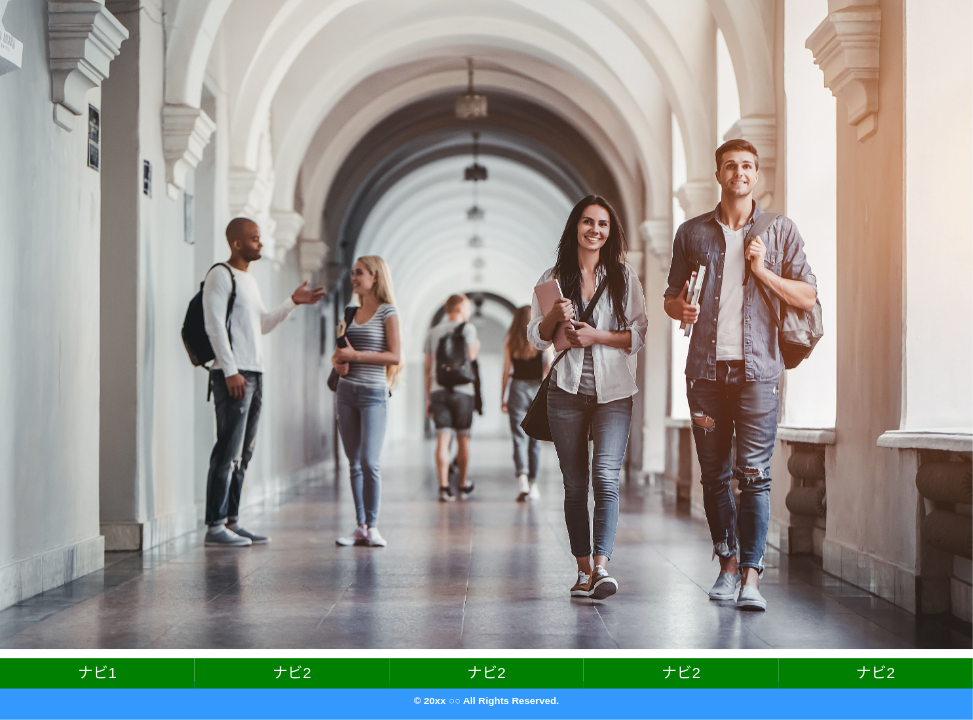
Repository: Souhei-en/samurai_HTML-CSS
Page: home.html
The author's editor kept a record of every edit. The page is drawn from the files as they stood at one moment, then again after the next edit.
The browser window is 1280 px wide. The pictures show the whole page, at 76% of full size.
Pictures or frames that could not be fetched are drawn as grey boxes.

Above is the page before.

### home.html
<!DOCTYPE html>
<html lang="ja">
    <head>
        <meta charset="UTF-8">
        <title>HTML/CSSの学習</title>
        <link rel="stylesheet" href="stylesheet.css">
    </head>
    <body>
        <div id="header">
            <h1><a href="index.html"><img id="corridor" src="images/corridor.jpg" alt="大学の廊下" /></a></h1>
        </div>
        <div id="wrapper">
            <div id="nav">
                <ul>
                    <li><a href="home.html">ナビ1</a></li>
                    <li><a href="#">ナビ2</a></li>
                    <li><a href="#">ナビ2</a></li>
                    <li><a href="#">ナビ2</a></li>
                    <li><a href="#">ナビ2</a></li>
                    <li></li>
                </ul>
            </div>
        </div>
        <div id="footer">
            <p>&copy; 20xx ○○ All Rights Reserved.</p>
        </div>
    </body>
</html>

### stylesheet.css
@charset "utf-8";

body {
	margin: 0;
	padding: 0;
	font-family: "ヒラギノ角ゴ Pro W3", "Hiragino Kaku Gothic Pro", "メイリオ", Meiryo, Osaka, "ＭＳ Ｐゴシック", "MS PGothic", sans-serif;
	color: #333;
	font-size: 13px;
	line-height: 150%;
}

/* -------------------- wrapper -------------------- */
#wrapper {
    width: 100%;
    margin: auto;
    padding: 0px;
    border: 0px;
    background-color: #FFF;
    top: 10px;
    position: relative;
}

/* -------------------- header -------------------- */
#header {
	width: 100%;
}
#header h1 {
	margin: 0;
	padding: 0;
}

#corridor {
	width: 100%;
	height: auto;
}

/* -------------------- footer -------------------- */
#footer {
	clear: both;
	width: 100%;
	padding: 3px 0 3px 0;
	background: #39F;
	color: #FFF;
	font-weight: bold;
	text-align: center;
}
 /* -------------------- nav -------------------- */
 #nav {
	 width: 100%;
 }
 #nav ul {
	 margin: 0;
	 padding: 0;
	 list-style-type: none;
 }
 #nav ul li {
	 float: left;
	 width: 20%;
	 text-align: center;
 }
 #nav ul li a {
	 display: block;
	 height: 20px;
	 margin: 0;
	 padding: 10px;
	 color: #FFF;
	 font-size: 20px;
	 text-decoration: none;
	 background-color: green;
 }

  #nav ul li a:hover {
  	     filter: drop-shadow(10px 10px 10px black);
  }

 /* -------------------- container -------------------- */
 #container {
	 width: 100%;
	 margin: auto ;
	 padding: auto;
	 padding-top: 20px;
	 clear: both;
 }
 /* -------------------- main -------------------- */
 #main {
	 float: left;
	 width: 60%;
	 padding: 10px 30px 10px 10px;
 }
 #main h2 {
	 margin: 0 0 10px 0;
	 padding: 3px 10px 3px 10px;
	 color: #FFF;
	 font-size: 16px;
	 border-left: solid 10px #C00;
	 background: #F90 url(../images/main_h2.jpg) right top repeat-y;
 }
 #main p {
	 margin: 0;
	 padding: 0;
 }
 #main .post {
	 margin: 0 0 30px 0;
 }

 #main .post img.right {
	 margin: 0 0 0 8px;
 }
 #main .post img.left {
	 margin: 0 8px 0 0;
 }

 .right {
	 float: right;
	 width: 40%;
	 height: auto;
 }
 .left {
	 float: left;
	 width: 40%;
	 height: auto;
 }

 /* -------------------- clearfix -------------------- */
 .clearfix {
	 zoom: 1;
 }
 .clearfix:after{
	 content: "";
	 display: block;
	 clear: both;
 }

 /* -------------------- side -------------------- */
 #side {
 	 float: right;
 	 width: 30%;
 	 padding: 20px;
 	 background-color: #F99;
 }
 #side .box {
 	 margin: 0 auto 30px auto;
 	 padding: 0 0 20px 0;
 	 background: url(images/side_box.png) bottom no-repeat;
 }
 #side .box h2 {
 	 margin: 0;
 	 padding: 8px;
 	 text-align: center;
 	 color: #fff;
 	 font-size: 16px;
 	 line-height: 16px;
 	 font-weight: normal;
 	 background: url(images/side_box_h2.png) center no-repeat;
 }
 #side .box .boxBody {
 	 padding: 8px;
 	 border-right: solid 1px #C36;
 	 border-bottom: solid 1px #C36;
 	 border-left: solid 1px #C36;
 	 background: #fff;
 }
 #side .box .boxBody ul {
 	 margin: 0 0 16px 0;
 	 padding: 0;
 }
 #side .box .boxBody ul li {
 	 padding: 8px 0 8px 4px;
 	 list-style: none;
 	 border-bottom: solid 1px #C36;
 }

#side .box .boxBody ul li:hover {
	padding: 8px 0 8px 4px;
	list-style: none;
	border-bottom: solid 1px #C36;
	box-shadow: 0px 4px 4px rgba(0, 0, 0, 0.3);
}

After the next edit:
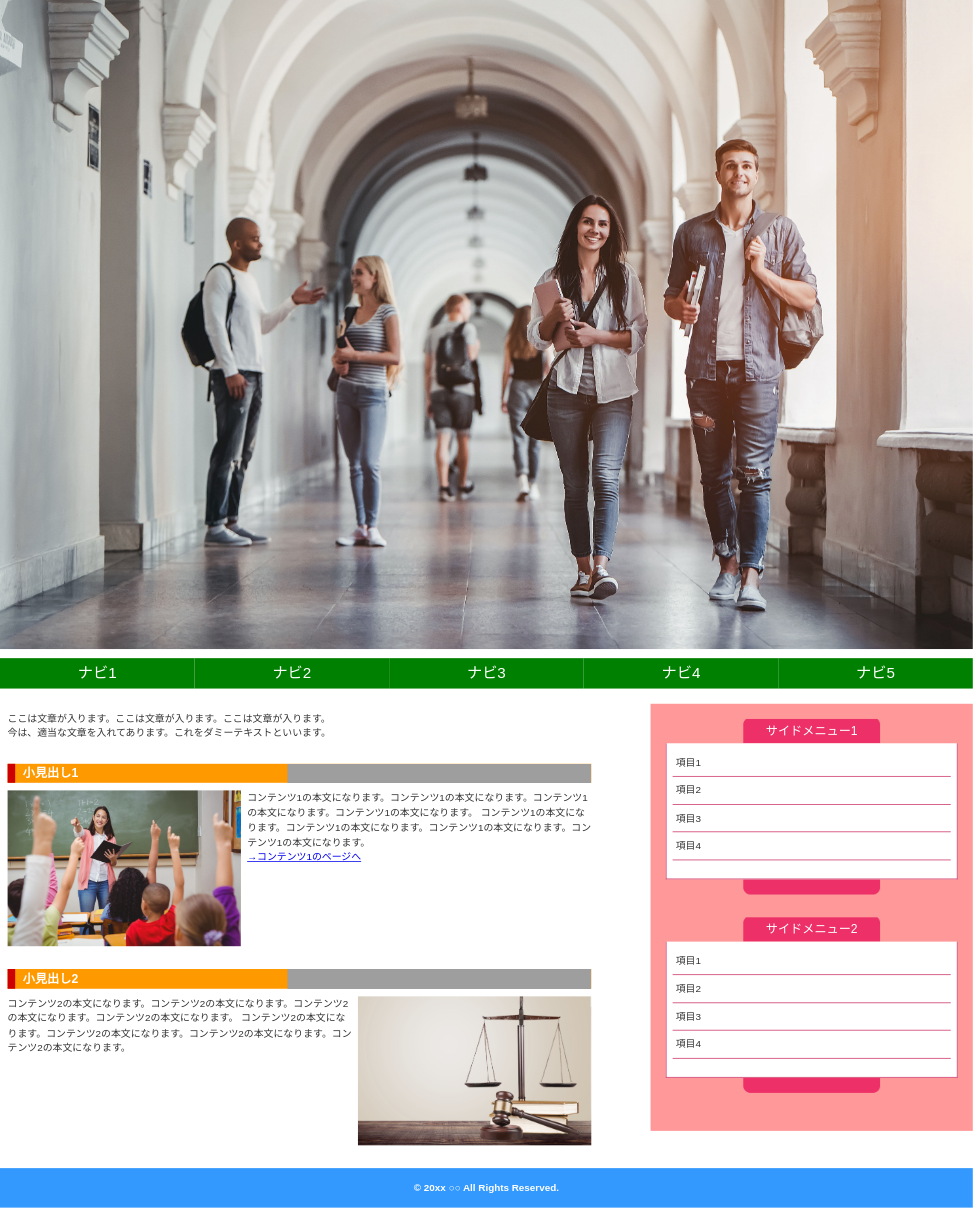
The edit:
--- a/home.html
+++ b/home.html
@@ -14,11 +14,58 @@
                 <ul>
                     <li><a href="home.html">ナビ1</a></li>
                     <li><a href="#">ナビ2</a></li>
-                    <li><a href="#">ナビ2</a></li>
-                    <li><a href="#">ナビ2</a></li>
-                    <li><a href="#">ナビ2</a></li>
-                    <li></li>
+                    <li><a href="#">ナビ3</a></li>
+                    <li><a href="#">ナビ4</a></li>
+                    <li><a href="#">ナビ5</a></li>
                 </ul>
+            </div>
+               <div id="container">
+                <div id="main">
+                    <div class="post">
+                        <p>ここは文章が入ります。ここは文章が入ります。ここは文章が入ります。<br />今は、適当な文章を入れてあります。これをダミーテキストといいます。</p>
+                    </div>
+                    <div class="post clearfix">
+                        <h2>小見出し1</h2>
+                        <img class="left" src="images/classroom.jpg" alt="授業風景" />
+                        <p>
+                            コンテンツ1の本文になります。コンテンツ1の本文になります。コンテンツ1の本文になります。コンテンツ1の本文になります。
+                            コンテンツ1の本文になります。コンテンツ1の本文になります。コンテンツ1の本文になります。コンテンツ1の本文になります。
+                        </p>
+                        <p><a href="#">→コンテンツ1のページへ</a></p>
+                    </div>
+                    <div class="post clearfix">
+                        <h2>小見出し2</h2>
+                        <img class="right" src="images/scale.jpg" alt="天秤" />
+                        <p>
+                            コンテンツ2の本文になります。コンテンツ2の本文になります。コンテンツ2の本文になります。コンテンツ2の本文になります。
+                            コンテンツ2の本文になります。コンテンツ2の本文になります。コンテンツ2の本文になります。コンテンツ2の本文になります。
+                        </p>
+                    </div>
+                </div>
+            </div>
+             <div id="side">
+                <div class="box">
+                    <h2>サイドメニュー1</h2>
+                    <div class="boxBody">
+                        <ul>
+                            <li>項目1</li>
+                            <li>項目2</li>
+                            <li>項目3</li>
+                            <li>項目4</li>
+                        </ul>
+                    </div>
+                </div>
+                <div class="box">
+                    <h2>サイドメニュー2</h2>
+                    <div class="boxBody">
+                        <ul>
+                            <li>項目1</li>
+                            <li>項目2</li>
+                            <li>項目3</li>
+                            <li>項目4</li>
+                        </ul>
+                    </div>
+                </div>
             </div>
         </div>
         <div id="footer">
